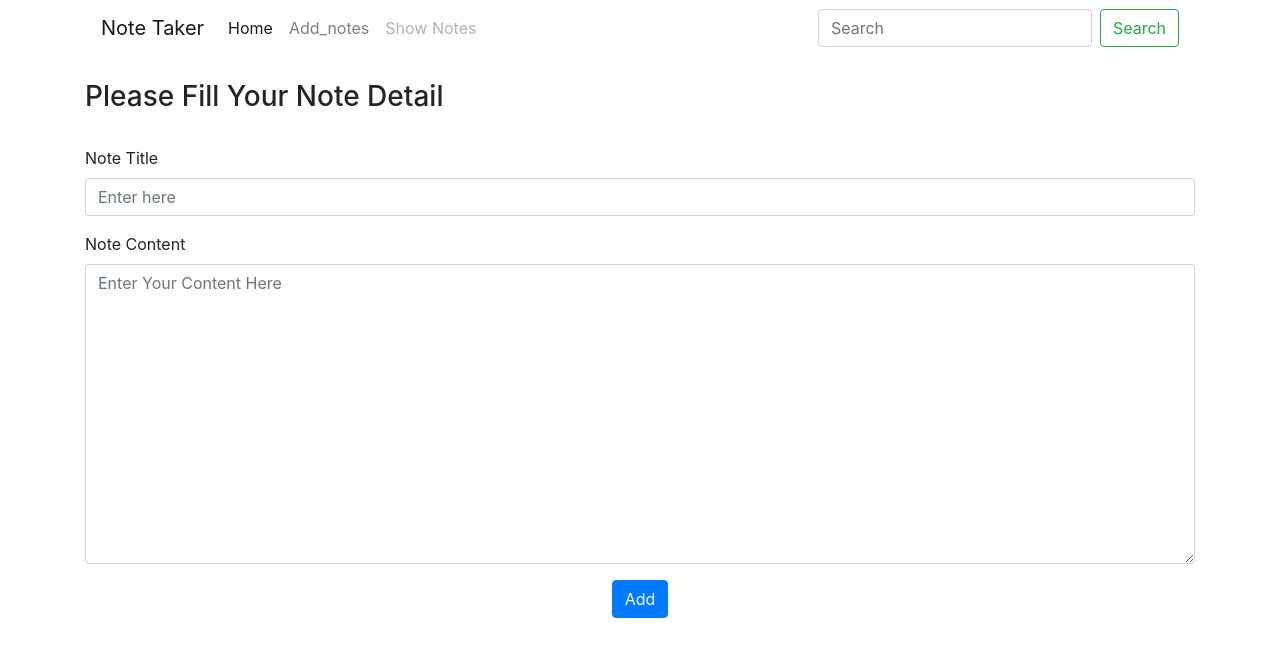
Repository: PratibhaMastud/index.jsp
Page: http://localhost/JavaWebApp/add_notes.jsp
The author's editor kept a copy of each file at every save. The page is drawn from the files as they stood at one save, then again after the next save.
The browser window is 1280 px wide. The pictures show the whole page.
Some web libraries are served in a nearby version. The page is served by Tomcat 9.

Above is the page before, as saved 2020-06-29 06:47:59.

After the next save:
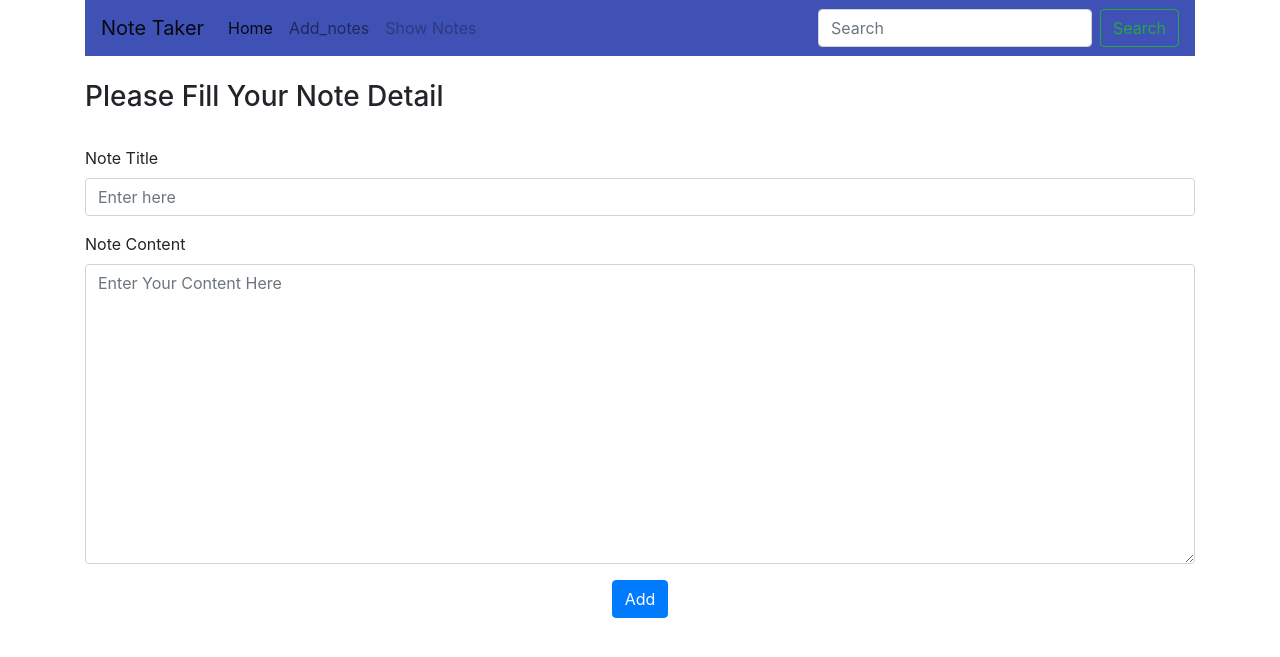
Saved 17 s later.
--- a/JavaWebApp/src/main/webapp/navbar.jsp
+++ b/JavaWebApp/src/main/webapp/navbar.jsp
@@ -1,4 +1,4 @@
-<nav class="navbar navbar-expand-lg navbar-light bg-purple">
+<nav class="navbar navbar-expand-lg navbar-light purple">
   <a class="navbar-brand" href="#">Note Taker</a>
   <button class="navbar-toggler" type="button" data-toggle="collapse" data-target="#navbarSupportedContent" aria-controls="navbarSupportedContent" aria-expanded="false" aria-label="Toggle navigation">
     <span class="navbar-toggler-icon"></span>
